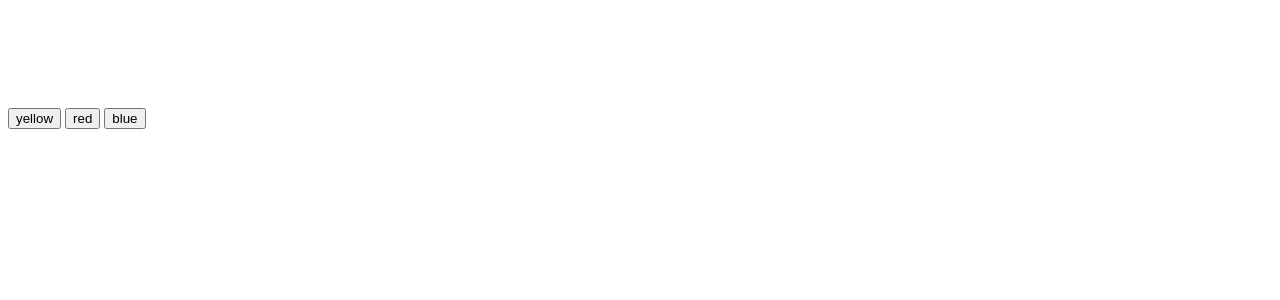
Repository: mjh1583/Hustar03_eGov
Page: http://localhost/JavaScript/js006.jsp
An editor plug-in stored every save of this project. The page is shown before and after the next save, followed by the edit.
The browser window is 1280 px wide. The pictures show the whole page.
After loading, the first visible `input.btn` was clicked once.
The page is served by Tomcat 9.

Above is the page before, as saved 2021-05-06 07:08:58.
Console error: ReferenceError: fn_change is not defined

### workspace/JavaScript/src/main/webapp/js006.jsp
<%@ page language="java" contentType="text/html; charset=UTF-8"
    pageEncoding="UTF-8"%>
<!DOCTYPE html>
<html>
<head>
	<meta charset="UTF-8">
	<title>Insert title here</title>
</head>
<body>
	<div style="width: 100px; height: 100px;" id="contentsArea">

	</div>
	<input type="button" class="btn" value="yellow" w="200px" h="300px" onclick="fn_change();"/>
	<input type="button" class="btn" value="red" w="150px" h="200px" onclick="fn_change();"/>
	<input type="button" class="btn" value="blue" w="500px" h="1000px" onclick="fn_change();"/>

	<script src="https://code.jquery.com/jquery-3.6.0.js"></script>
	<script type="text/javascript">
		/*
			3가지 버튼을 클릭시 contentsArea를 해당 색상으로 변경하고 사이즈를 w,h에 설정된 값으로 변경하세요.
		*/
		$(document).ready(function() {
			function fn_change() {
				$(".btn").each(function() {
					var color = $(this).val();

					switch(color) {
						case "yellow":
							$('#contentsArea').css('background-color', 'yellow');
							$('#contentsArea').css('width', $(this).attr('w').val());
							$('#contentsArea').css('width', $(this).attr('h').val());
							break;
						case "red":
							$('#contentsArea').css('background-color', 'red');
							$('#contentsArea').css('width', $(this).attr('w').val());
							$('#contentsArea').css('width', $(this).attr('h').val());
							break;
						case "blue":
							$('#contentsArea').css('background-color', 'blue');
							$('#contentsArea').css('width', $(this).attr('w').val());
							$('#contentsArea').css('width', $(this).attr('h').val());
							break;
						default:
							break;
					}
				});
			}
		});
	</script>
</body>
</html>

After the next save:
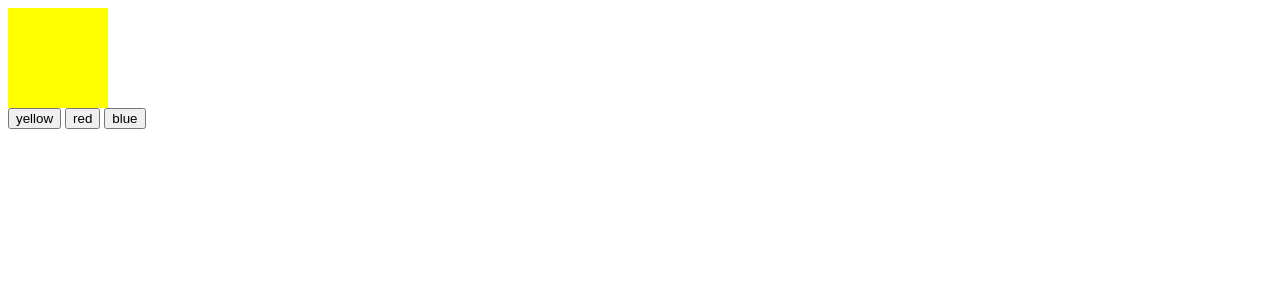
Console error: TypeError: $(...).attr(...).val is not a function
Saved 50 s later.
--- a/workspace/JavaScript/src/main/webapp/js006.jsp
+++ b/workspace/JavaScript/src/main/webapp/js006.jsp
@@ -19,32 +19,33 @@
 		/*
 			3가지 버튼을 클릭시 contentsArea를 해당 색상으로 변경하고 사이즈를 w,h에 설정된 값으로 변경하세요.
 		*/
+		function fn_change() {
+			$(".btn").each(function() {
+				var color = $(this).val();
+
+				switch(color) {
+					case "yellow":
+						$('#contentsArea').css('background-color', 'yellow');
+						$('#contentsArea').css('width', $(this).attr('w').val());
+						$('#contentsArea').css('width', $(this).attr('h').val());
+						break;
+					case "red":
+						$('#contentsArea').css('background-color', 'red');
+						$('#contentsArea').css('width', $(this).attr('w').val());
+						$('#contentsArea').css('width', $(this).attr('h').val());
+						break;
+					case "blue":
+						$('#contentsArea').css('background-color', 'blue');
+						$('#contentsArea').css('width', $(this).attr('w').val());
+						$('#contentsArea').css('width', $(this).attr('h').val());
+						break;
+					default:
+						break;
+				}
+			});
+		}
 		$(document).ready(function() {
-			function fn_change() {
-				$(".btn").each(function() {
-					var color = $(this).val();
 
-					switch(color) {
-						case "yellow":
-							$('#contentsArea').css('background-color', 'yellow');
-							$('#contentsArea').css('width', $(this).attr('w').val());
-							$('#contentsArea').css('width', $(this).attr('h').val());
-							break;
-						case "red":
-							$('#contentsArea').css('background-color', 'red');
-							$('#contentsArea').css('width', $(this).attr('w').val());
-							$('#contentsArea').css('width', $(this).attr('h').val());
-							break;
-						case "blue":
-							$('#contentsArea').css('background-color', 'blue');
-							$('#contentsArea').css('width', $(this).attr('w').val());
-							$('#contentsArea').css('width', $(this).attr('h').val());
-							break;
-						default:
-							break;
-					}
-				});
-			}
 		});
 	</script>
 </body>

After the 4 saves that followed:
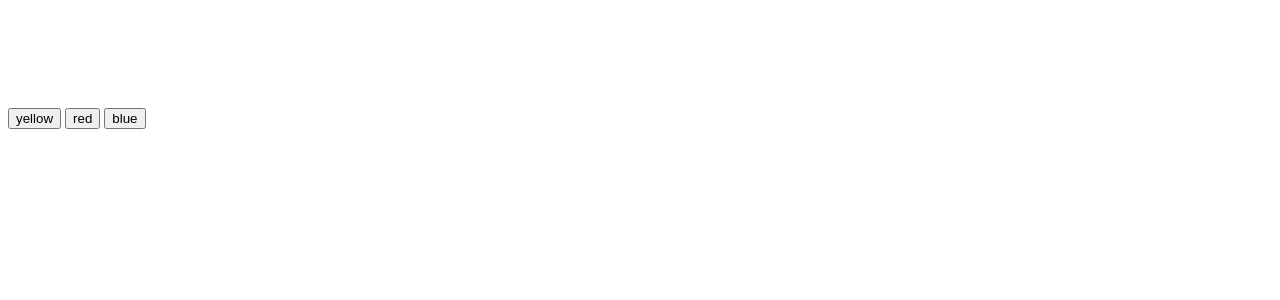
Console error: TypeError: Cannot read properties of undefined (reading 'toLowerCase')
The 4 saves are shown as one change because 3 left the picture as it was.
The last was saved 3 min 3 s later.
--- a/workspace/JavaScript/src/main/webapp/js006.jsp
+++ b/workspace/JavaScript/src/main/webapp/js006.jsp
@@ -20,29 +20,9 @@
 			3가지 버튼을 클릭시 contentsArea를 해당 색상으로 변경하고 사이즈를 w,h에 설정된 값으로 변경하세요.
 		*/
 		function fn_change() {
-			$(".btn").each(function() {
-				var color = $(this).val();
-
-				switch(color) {
-					case "yellow":
-						$('#contentsArea').css('background-color', 'yellow');
-						$('#contentsArea').css('width', $(this).attr('w').val());
-						$('#contentsArea').css('width', $(this).attr('h').val());
-						break;
-					case "red":
-						$('#contentsArea').css('background-color', 'red');
-						$('#contentsArea').css('width', $(this).attr('w').val());
-						$('#contentsArea').css('width', $(this).attr('h').val());
-						break;
-					case "blue":
-						$('#contentsArea').css('background-color', 'blue');
-						$('#contentsArea').css('width', $(this).attr('w').val());
-						$('#contentsArea').css('width', $(this).attr('h').val());
-						break;
-					default:
-						break;
-				}
-			});
+			$('#contentsArea').css('background-color', $(this).val());
+			$('#contentsArea').css('width', $(this).attr('w').val());
+			$('#contentsArea').css('height', $(this).attr('h').val());
 		}
 		$(document).ready(function() {
 
